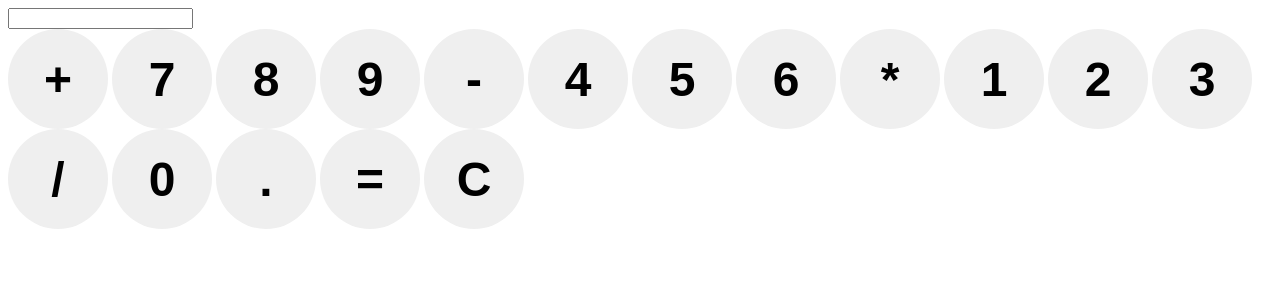
Repository: 23HarveyJi/25-Fall_chillguys
Page: calculator.html
An editor plug-in stored every save of this project. The page is shown before and after the next save, followed by the edit.
The browser window is 1280 px wide. The pictures show the whole page.

Above is the page before, as saved 2025-10-10 14:55:19.

After the next save:
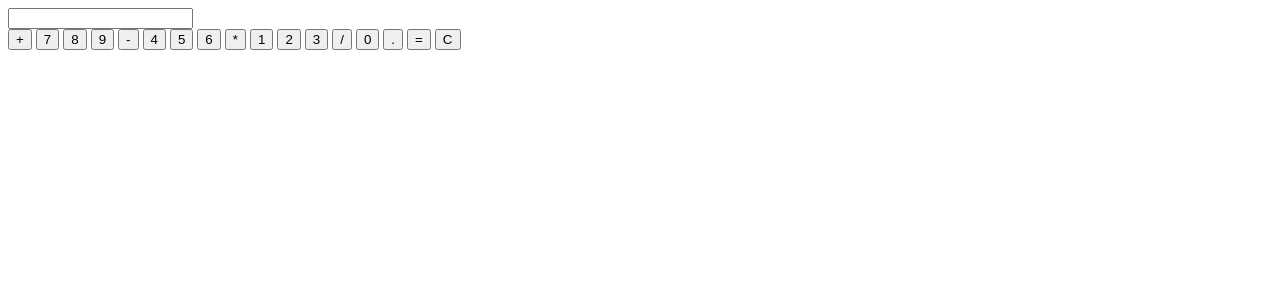
Saved 65 s later.
--- a/calculator.css
+++ b/calculator.css
@@ -6,7 +6,7 @@
     margin-top: 20px;
 }
 
-button{
+button
     width: 100px;
     height: 100px;
     border-radius: 50px;

After the 5 saves that followed:
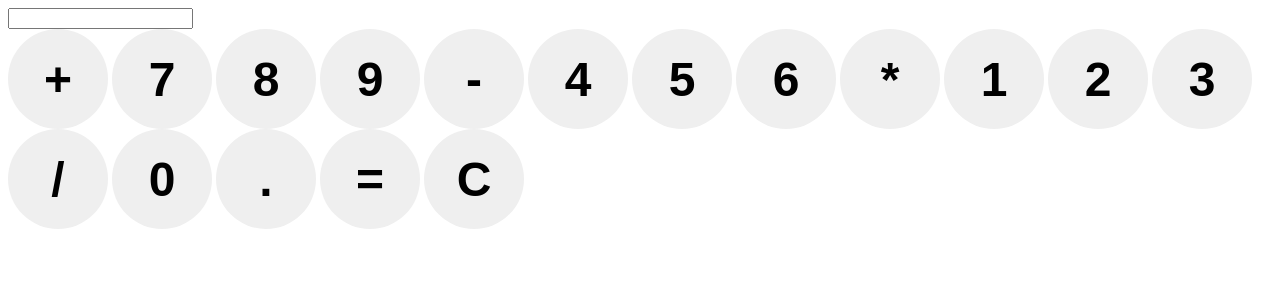
The 5 saves are shown as one change because 1 left the picture as it was and some came seconds apart.
The last was saved 3 min 33 s later.
--- a/calculator.css
+++ b/calculator.css
@@ -1,12 +1,9 @@
 keys{
     display: grid;
     grid-template-columns: repeat(4, 1fr);
-    grid-gap: 10px;
-    justify-items: center;
-    margin-top: 20px;
 }
 
-button
+button{
     width: 100px;
     height: 100px;
     border-radius: 50px;
@@ -16,3 +13,4 @@
     font-size: 3rem;
     font-weight: bold;
     cursor: pointer;
+}
